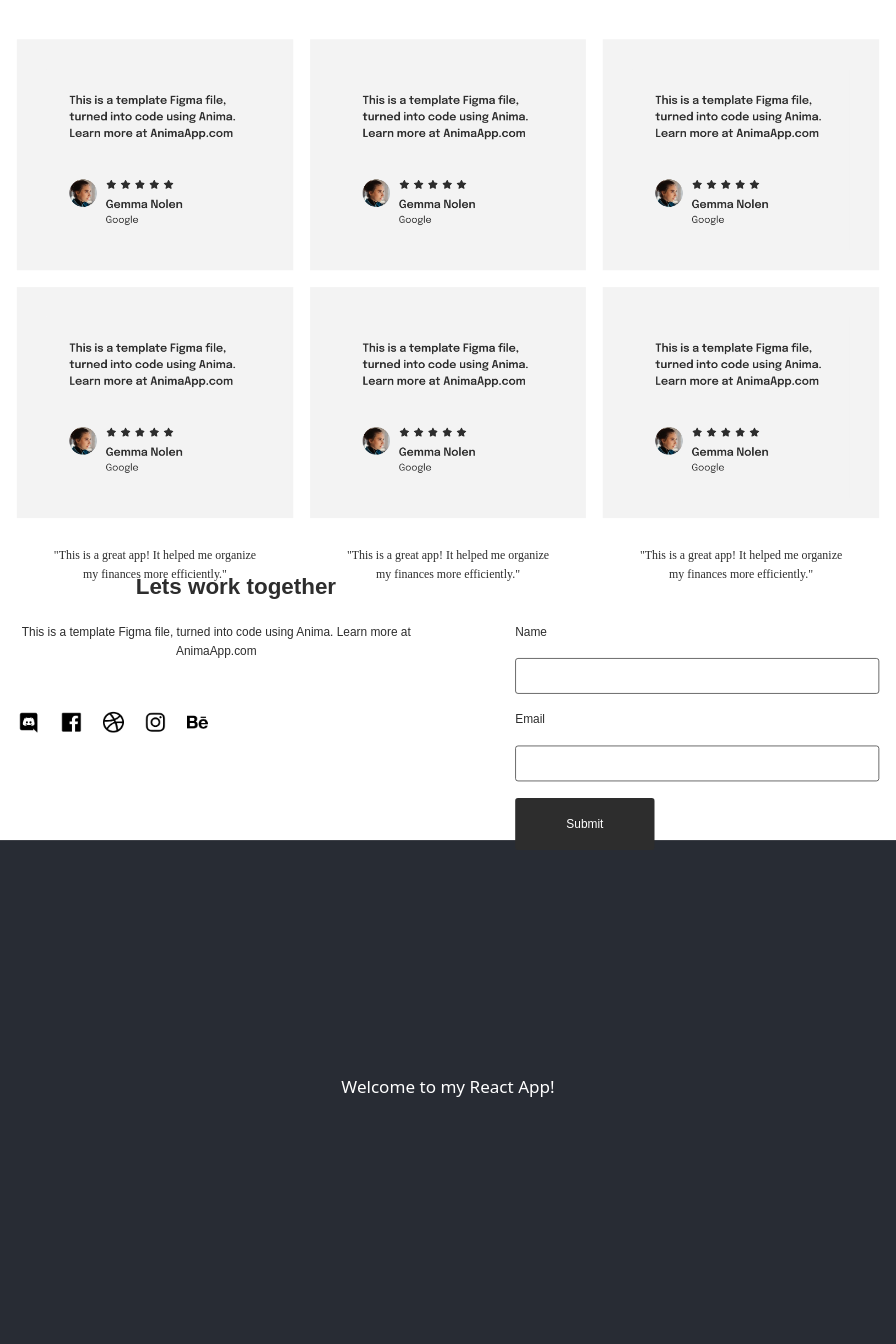
Repository: nida463/project-portofolio
Page: /
These files come from the project's save history. The page is drawn as it stood at one moment and after a run of saves; the edit follows.
The browser window is 1280 px wide. The pictures show the part of the page from y = 2193 to 4113 px (the page is 4113 px tall), at 70% of full size.
The project was rebuilt for these pictures with package versions that can differ from the ones it lists, and the page was loaded fresh each time.

Above is the page before, as saved 2024-09-18 11:40:20.

### src/App.js
import React from 'react';
import './App.css';
import Navbar from './Components/Navbar';  // Mengimpor komponen Navbar
import Header from './Components/Header';  // Mengimpor komponen Header
import Logo from './Components/Logo';  // Mengimpor komponen Logo
import Skills from './Components/Skills';  // Mengimpor komponen Skills
import Gallery from './Components/Gallery';  // Import Gallery
import Testimonial from './Components/Testimonial'; // Import testimonial
import Contact from './Components/Contact'; // Pastikan path sesuai dengan lokasi Contact.js

function App() {
  return (
    <div className="App">
      <Navbar />  {/* Panggil komponen Navbar */}
      <Header />  {/* Panggil komponen Header */}
      <Logo />  {/* Panggil komponen Logo */}
      <Skills />  {/* Panggil komponen Skills */}
      <Gallery />  {/* Tambahkan komponen Gallery */}
      <Testimonial /> {/* Tambahkan Testimonial di bawah gallery */}
      <Contact/> {/* Tambahkan Testimonial di bawah gallery */}

      <header className="App-header">
        <p>
          Welcome to my React App! {/* Ini hanya contoh konten */}
        </p>
      </header>
    </div>
  );
}

export default App;

### src/Components/Navbar.js
import React from 'react';
import './Navbar.css'; // Mengimpor file CSS untuk Navbar

const Navbar = () => {
  return (
    <nav className="navbar">
      {/* Logo di sebelah kiri */}
      <div className="logo">Logo</div>

      {/* Menu di sebelah kanan */}
      <div className="menu-items">
        <a href="#about">About</a>
        <a href="#work">Work</a>
        <a href="#contact">Contact</a>
      </div>
    </nav>
  );
};

export default Navbar;

### src/Components/Header.js
import React from 'react';
import './Header.css';  // Mengimpor CSS untuk styling

const Header = () => {
  return (
    <div className="header">
      <div className="header-content">
        <div className="title-subtitle">
          <h1>Branding | Image making</h1>
        </div>
        <div className="visual-designer">
          <h2>Visual Designer</h2>
        </div>
        <div className="additional-content">
          <p>This is a template Figma file, turned into code using Anima. Learn more at AnimaApp.com</p>
        </div>
        <button className="header-button">Contact</button>
      </div>
      <div className="header-image">
        <img src="/img/header.png" alt="Header Visual" />
      </div>
    </div>
  );
};

export default Header;

### src/Components/Logo.js
import React from 'react';
import './Logo.css';  // Mengimpor CSS untuk styling

const Logo = () => {
  return (
    <div className="logo-bar">
      <div className="logo">
        <img src="/img/Google.png" alt="Google Logo" />
      </div>
      <div className="logo">
        <img src="/img/Nike.png" alt="Nike Logo" />
      </div>
      <div className="logo">
        <img src="/img/Samsung.png" alt="Samsung Logo" />
      </div>
      <div className="logo">
        <img src="/img/Apple.png" alt="Apple Logo" />
      </div>
      <div className="logo">
        <img src="/img/Adidas.png" alt="Adidas Logo" />
      </div>
    </div>
  );
};

export default Logo;

### src/Components/Skills.js
import React from 'react';
import './Skills.css';

const Skills = () => {
  return (
    <div className="skills-section">
      <div className="skills-container">
        {/* Skill Card 1 */}
        <div className="skills-card">
          <div className="skills-icon">
            <img src="/img/Productimage.png" alt="Product Design Icon" />
          </div>
          <div className="skills-content">
            <h3 className="skills-title">Productimage</h3>
            <p className="skills-subtitle">
              This is a template Figma file, turned into code using Anima. Learn more at AnimaApp.com
            </p>
          </div>
        </div>

        {/* Skill Card 2 */}
        <div className="skills-card">
          <div className="skills-icon">
            <img src="/img/VisualDesign.png" alt="Visual Design Icon" />
          </div>
          <div className="skills-content">
            <h3 className="skills-title">Visual Design</h3>
            <p className="skills-subtitle">
              Designing visuals for digital interfaces with creativity and precision.
            </p>
          </div>
        </div>

        {/* Skill Card 3 */}
        <div className="skills-card">
          <div className="skills-icon">
            <img src="/img/ArtDirection.png" alt="Art Direction Icon" />
          </div>
          <div className="skills-content">
            <h3 className="skills-title">Art Direction</h3>
            <p className="skills-subtitle">
              Guiding visual creativity for compelling visual narratives.
            </p>
          </div>
        </div>
      </div>
    </div>
  );
};

export default Skills;

### src/Components/Gallery.js
import React from 'react';
import './Gallery.css';

const Gallery = () => {
  return (
    <div className="gallery-container">
      <h2 className="latest-work">Latest work</h2> {/* Judul di atas gallery */}
      <div className="gallery-section">
        {[
          { id: 1, title: 'Project title ', subtitle: 'UI, Art Direction', image: '/img/Image1.png' },
          { id: 2, title: 'Project title ', subtitle: 'UI, Art Direction', image: '/img/Image2.png' },
          { id: 3, title: 'Project title ', subtitle: 'UI, Art Direction', image: '/img/Image3.png' },
          { id: 4, title: 'Project title ', subtitle: 'UI, Art Direction', image: '/img/Image4.png' },
          { id: 5, title: 'Project title ', subtitle: 'UI, Art Direction', image: '/img/Image5.png' },
          { id: 6, title: 'Project title ', subtitle: 'UI, Art Direction', image: '/img/Image6.png' }
        ].map((item) => (
          <div key={item.id} className="gallery-card">
            <img src={item.image} alt={item.title} className="gallery-image" />
            <div className="gallery-text">
              <h3>{item.title}</h3> {/* Title per card */}
              <p>{item.subtitle}</p> {/* Subtitle per card */}
            </div>
          </div>
        ))}
      </div>
    </div>
  );
};

export default Gallery;

### src/Components/Testimonial.js
import React from 'react';
import './Testimonial.css';

const Testimonial = () => {
  return (
    <div className="testimonial-section">
      <h2 className="testimonial-title">Testimonial</h2>
      <div className="testimonial-cards">
        {[...Array(6)].map((_, index) => (
          <div key={index} className="testimonial-card">
            <img src="img/testimonial.png" alt="Testimonial" className="testimonial-image" />
            <p className="testimonial-text">
              "This is a great app! It helped me organize my finances more efficiently."
            </p>
          </div>
        ))}
      </div>
    </div>
  );
};

export default Testimonial;

### src/Components/Contact.js
// src/components/Contact.js
import React from 'react';
import './Contact.css'; // Import CSS untuk Contact

const Contact = () => {
  return (
    <section className="contact-section">
      <h2 className="contact-title">Lets work together</h2>
      <div className="contact-content">
        <div className="contact-info">
          <p className="contact-description">
            This is a template Figma file, turned into code using Anima. Learn more at AnimaApp.com
          </p>
          <div className="social-links">
            <img src="/img/discord.png" alt="Discord" className="social-icon" />
            <img src="/img/facebook.png" alt="Facebook" className="social-icon" />
            <img src="/img/dribble.png" alt="Dribble" className="social-icon" />
            <img src="/img/instagram.png" alt="Instagram" className="social-icon" />
            <img src="/img/behance.png" alt="Behance" className="social-icon" />
          </div>
        </div>
        <div className="contact-form">
          <label htmlFor="name">Name</label>
          <input type="text" id="name" name="name" required />

          <label htmlFor="email">Email</label>
          <input type="email" id="email" name="email" required />

          <button type="submit" className="contact-button">Submit</button>
        </div>
      </div>
    </section>
  );
};

export default Contact;

### src/Components/Navbar.css
/* Navigation Bar */
.navbar {
    display: flex;
    flex-direction: row;
    justify-content: space-between;
    align-items: center;
    padding: 24px 42px;
    gap: 24px;

    width: 1280px;
    height: 78px;

    background: #FFFFFF;
  }

  /* Logo di kiri */
  .logo {
    width: 49px;
    height: 30px;
    font-size: 24px;
    font-weight: 600;
    color: #000000;
  }

  /* Menu Items di kanan */
  .menu-items {
    display: flex;
    flex-direction: row;
    justify-content: flex-end;
    align-items: flex-start;
    gap: 24px;

    width: 209px;
    height: 27px;
  }

  /* Link untuk setiap menu item */
  .menu-items a {
    font-size: 18px;
    font-weight: 400;
    color: #000000;
    text-decoration: none;
  }

  .menu-items a:hover {
    color: #444444;
  }

### src/Components/Header.css
/* General styles for the header */
.header {
    width: 1280px; /* Fill width */
    height: auto; /* Hug height */
    padding: 42px 24px;
    display: flex;
    justify-content: space-between; /* Content and image on both ends */
    gap: 68px;
    background-color: #FFFFFF;
    opacity: 1;
  }

  /* Header content styling */
  .header-content {
    width: 620px; /* Fixed width for content */
    height: auto; /* Hug height */
    display: flex;
    flex-direction: column;
    gap: 48px;
  }

  /* Title and Subtitle styling */
  .title-subtitle {
    width: 620px;
    height: 30px;
    font-family: Epilogue, sans-serif;
    font-size: 20px;
    font-weight: 600;
    line-height: 30px;
    text-align: left;
  }

  .visual-designer {
    width: 620px;
    font-family: Epilogue, sans-serif;
    font-size: 68px;
    font-weight: 600;
    line-height: 69.7px;
    text-align: left;
  }

  .additional-content {
    width: 620px;
    font-family: Epilogue, sans-serif;
    font-size: 17px;
    font-weight: 400;
    text-align: left;
  }

  /* Button styling */
  .header-button {
    padding: 24px 64px;
    font-family: Epilogue, sans-serif;
    font-size: 20px;
    font-weight: 600;
    text-align: center;
    background-color: #2D2D2D;
    color: #FFFFFF;
    border: none;
    cursor: pointer;
    width: 211px;
    height: 78px;
  }

  .header-button:hover {
    background-color:
      #444444;
  }

  /* Header image styling */
  .header-image {
    width: 480px;
    height: 360px;
  }

  .header-image img {
    width: 100%;
    height: 100%;
    object-fit: cover;
  }

### src/Components/Logo.css
/* Logo Bar */
.logo-bar {
    display: flex;
    flex-direction: row;
    flex-wrap: wrap;
    justify-content: space-between;
    align-items: center;
    align-content: flex-start;
    padding: 42px 68px;
    gap: 68px 86px;

    width: 1280px;
    height: 130.83px;

    background: #FFFFFF;
  }

  /* Styling untuk setiap logo */
  .logo {
    display: flex;
    justify-content: center;
    align-items: center;
    width: auto;
    height: auto;
    padding: 0px; /* Tidak ada padding di dalam logo */
  }

  /* Ukuran spesifik untuk logo */
  .logo img {
    width: 116.07px;
    height: 38.21px;
    object-fit: contain; /* Menjaga aspek rasio gambar */
  }

### src/Components/Skills.css
/* Section styling */
.skills-section {
    display: flex;
    flex-direction: column;
    align-items: center;
    padding: 42px 24px;
    gap: 42px;
    width: 1280px;
    height: auto;
    background: #FFFFFF;
  }

  .section-title {
    font-size: 32px;
    font-weight: 700;
  }

  /* Cards container styling */
  .skills-container {
    display: flex;
    flex-wrap: wrap;
    align-items: flex-start;
    gap: 24px;
    width: 1232px;
    height: 429px;
  }

  /* Individual card styling */
  .skills-card {
    display: flex;
    flex-direction: column;
    justify-content: center;
    align-items: center;
    padding: 64px 42px;
    gap: 42px;
    width: 394.67px;
    height: 429px;
    background: #FFFFFF;
    box-shadow: 0px 4px 16px rgba(0, 0, 0, 0.1);
    border-radius: 8px;
  }

  /* Icon styling */
  .skills-icon img {
    width: 124px;
    height: 124px;
    object-fit: contain;
  }

  /* Title styling */
  .skills-title {
    font-size: 24px;
    font-weight: 600;
    text-align: center;
  }

  /* Subtitle styling */
  .skills-subtitle {
    font-size: 16px;
    text-align: center;
  }

### src/Components/Gallery.css
/* Container untuk Gallery */
.gallery-container {
    display: flex;
    flex-direction: column;
    align-items: center;
    padding: 0;
    gap: 32px; /* Jarak antara judul dan gallery */
    width: 100%;
}

/* Latest work */
.latest-work {
    width: 191px;
    height: 42px;
    font-family: 'Epilogue';
    font-style: normal;
    font-weight: 600;
    font-size: 32px;
    line-height: 42px;
    text-align: center;
    color: #2D2D2D;
}

/* Gallery Section */
.gallery-section {
    display: flex;
    flex-direction: row;
    flex-wrap: wrap;
    justify-content: space-between;
    align-items: flex-start;
    padding: 0px;
    gap: 24px;
    width: 1232px;
    height: auto;
}

/* Gallery Card */
.gallery-card {
    display: flex;
    flex-direction: column;
    align-items: flex-start;
    padding: 0px;
    gap: 24px;
    width: 394.67px;
    height: 419px;
    flex: none;
    order: 0;
    flex-grow: 1;
}

/* Gallery Image */
.gallery-image {
    width: 100%;
    height: auto;
    object-fit: cover;
}

/* Title & Description */
.gallery-text {
    display: flex;
    flex-direction: column;
    align-items: flex-start;
    padding: 0px;
    gap: 8px;
    width: 394.67px;
    height: 65px;
    flex: none;
    order: 1;
    align-self: stretch;
    flex-grow: 0;
}

/* Project Title */
.gallery-text h3 {
    width: 394.67px;
    height: 30px;
    font-family: 'Epilogue';
    font-style: normal;
    font-weight: 600;
    font-size: 20px;
    line-height: 30px;
    color: #2D2D2D;
}

/* Subtitle */
.gallery-text p {
    width: 394.67px;
    height: 27px;
    font-family: 'Epilogue';
    font-style: normal;
    font-weight: 400;
    font-size: 17px;
    line-height: 27px;
    color: #2D2D2D;
}

### src/Components/Testimonial.css
/* Testimonial Section */
.testimonial-section {
    display: flex;
    flex-direction: column;
    align-items: center;
    padding: 42px 24px;
    gap: 42px;
    width: 1280px;
    height: 852px;
    background: #FFFFFF;
    flex: none;
    order: 5;
    align-self: stretch;
    flex-grow: 0;
}

/* Testimonial Title */
.testimonial-title {
    width: 186px;
    height: 42px;
    font-family: 'Epilogue';
    font-style: normal;
    font-weight: 600;
    font-size: 32px;
    line-height: 42px;
    text-align: center;
    color: #2D2D2D;
    flex: none;
    order: 0;
    flex-grow: 0;
}

/* Cards Section */
.testimonial-cards {
    display: flex;
    flex-direction: row;
    flex-wrap: wrap;
    align-items: flex-start;
    align-content: flex-start;
    padding: 0px;
    gap: 24px;
    width: 1232px;
    height: 684px;
    flex: none;
    order: 1;
    align-self: stretch;
    flex-grow: 0;
}

/* Testimonial Card */
.testimonial-card {
    display: flex;
    flex-direction: column;
    align-items: flex-start;
    padding: 42px;
    gap: 68px;
    width: 394.67px;
    min-width: 320px;
    height: 330px;
    background: #F3F3F3;
    flex: none;
    order: 0;
    flex-grow: 1;
}

/* Testimonial Image */
.testimonial-image {
    width: 100%;
    height: auto;
    object-fit: cover;
}

/* Testimonial Text */
.testimonial-text {
    font-family: 'Epilogue';
    font-style: normal;
    font-weight: 400;
    font-size: 17px;
    line-height: 27px;
    color: #2D2D2D;
    flex: none;
    order: 1;
    align-self: stretch;
    flex-grow: 0;
}

### src/Components/Contact.css
/* src/components/Contact.css */

/* Contact Section */
.contact-section {
    display: flex;
    flex-direction: column;
    align-items: flex-start;
    padding: 42px 24px 86px;
    gap: 24px;
    width: 1280px;
    height: 426px;
    background: #FFFFFF;
  }

  /* Lets work together */
  .contact-title {
    width: 626px;
    height: 42px;
    font-family: 'Epilogue', sans-serif;
    font-style: normal;
    font-weight: 600;
    font-size: 32px;
    line-height: 42px;
    color: #2D2D2D;
  }

  /* Contact Content */
  .contact-content {
    display: flex;
    flex-direction: row;
    flex-wrap: wrap;
    align-items: flex-start;
    align-content: flex-start;
    padding: 0px;
    gap: 42px 142px;
    width: 1232px;
    height: 232px;
  }

  /* Contact Info */
  .contact-info {
    display: flex;
    flex-direction: column;
    align-items: flex-start;
    padding: 0px;
    gap: 42px;
    width: 570px;
    min-width: 320px;
    height: 159px;
  }

  /* Contact Description */
  .contact-description {
    width: 570px;
    height: 81px;
    font-family: 'Epilogue', sans-serif;
    font-style: normal;
    font-weight: 400;
    font-size: 17px;
    line-height: 27px;
    color: #2D2D2D;
  }

  /* Social Links */
  .social-links {
    display: flex;
    flex-direction: row;
    align-items: flex-start;
    padding: 0px;
    gap: 24px;
    width: 570px;
    height: auto;
  }

  .social-icon {
    width: 36px;
    height: 36px;
  }

  /* Contact Form */
  .contact-form {
    display: flex;
    flex-direction: column;
    align-items: flex-start;
    padding: 0px;
    gap: 24px;
    width: 520px;
    min-width: 320px;
    max-width: 520px;
    height: 232px;
  }

  .contact-form label {
    font-family: 'Epilogue', sans-serif;
    font-style: normal;
    font-weight: 400;
    font-size: 17px;
    color: #2D2D2D;
  }

  .contact-form input {
    width: 100%;
    padding: 12px;
    border: 1px solid #2D2D2D;
    border-radius: 4px;
    font-family: 'Epilogue', sans-serif;
    font-size: 17px;
  }

  .contact-button {
    display: flex;
    flex-direction: row;
    justify-content: center;
    align-items: center;
    padding: 24px 64px;
    gap: 10px;
    width: 199px;
    height: 78px;
    background: #2D2D2D;
    color: #FFFFFF;
    border: none;
    border-radius: 4px;
    font-family: 'Epilogue', sans-serif;
    font-size: 17px;
    cursor: pointer;
  }

  .contact-button:hover {
    background: #1a1a1a;
  }

Loaded but not shown: public/index.html (common file); src/index.js (common file); src/index.css (common file); src/reportWebVitals.js (common file); src/App.css (common file)

After the next 2 saves:
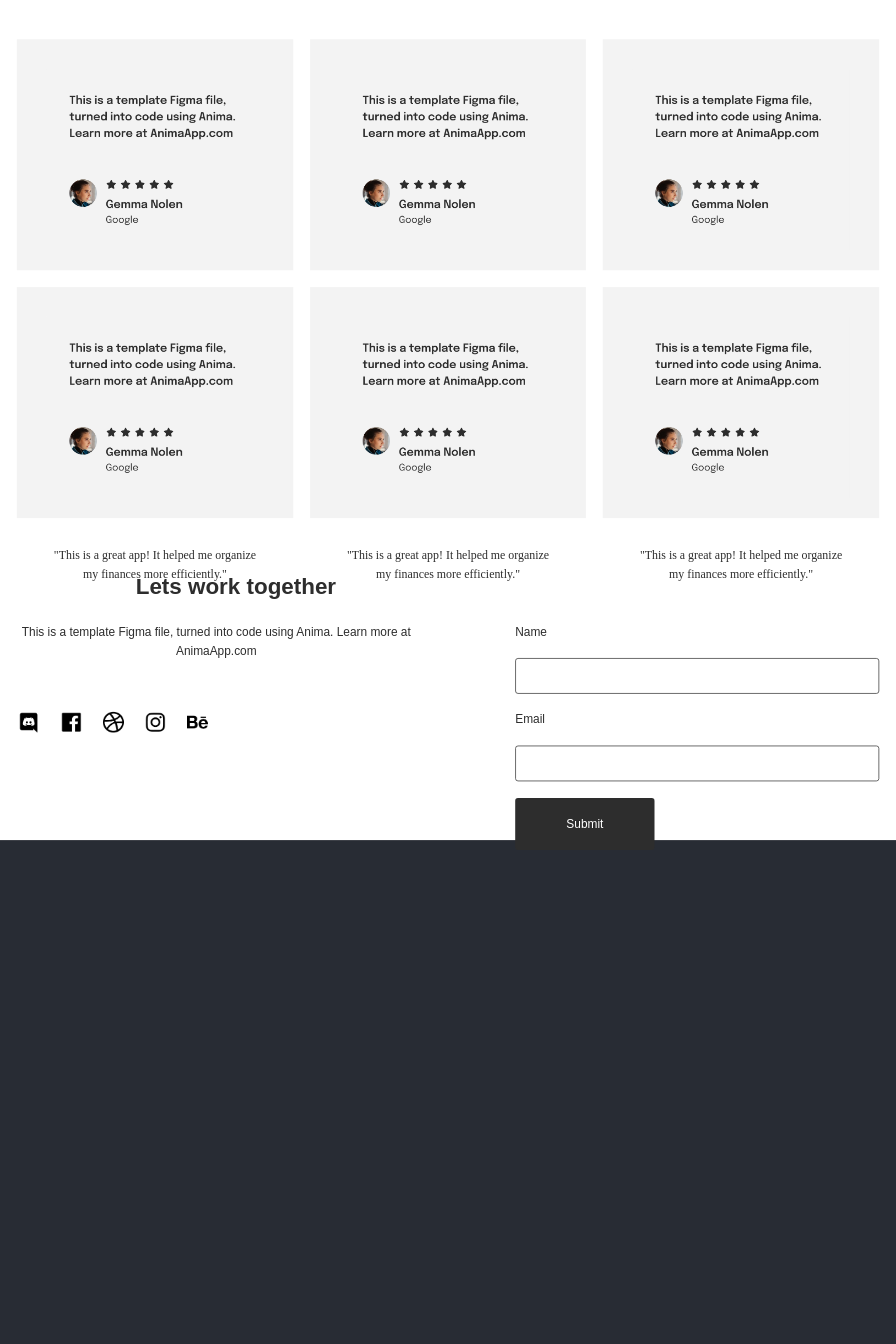
The 2 saves are shown as one change because they came seconds apart.
The last was saved 114 s later.
--- a/src/App.js
+++ b/src/App.js
@@ -20,9 +20,6 @@
       <Contact/> {/* Tambahkan Testimonial di bawah gallery */}
 
       <header className="App-header">
-        <p>
-          Welcome to my React App! {/* Ini hanya contoh konten */}
-        </p>
       </header>
     </div>
   );
